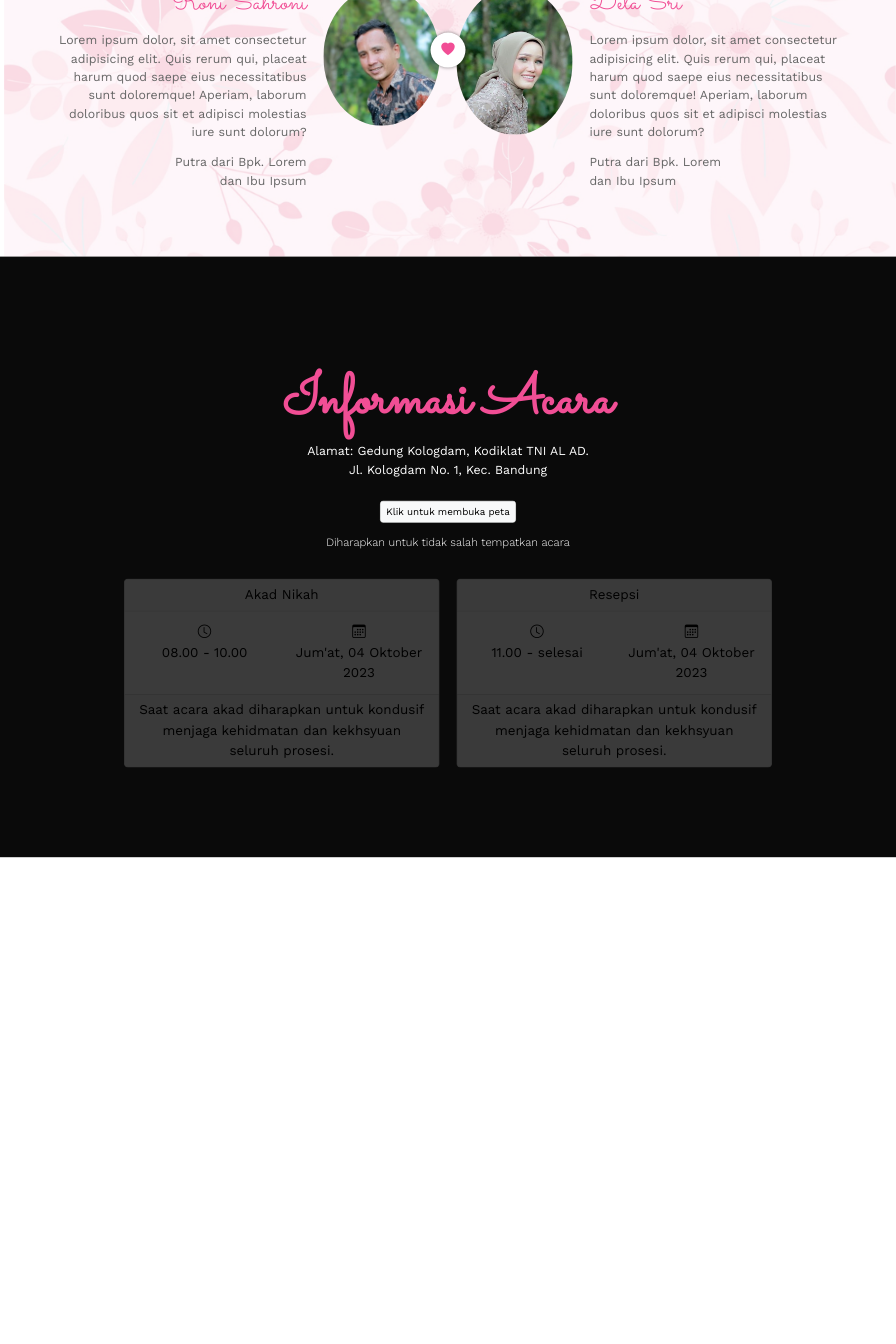
Repository: sellayspy/invitation
Page: index.html
The author's editor kept a copy of each file at every save. The page is drawn from the files as they stood at one save, then again after the next save.
The browser window is 1280 px wide. The pictures show the part of the page from y = 1332 to 3252 px (the page is 4000 px tall), at 70% of full size.

Above is the page before, as saved 2024-07-08 17:05:57.

After the next save:
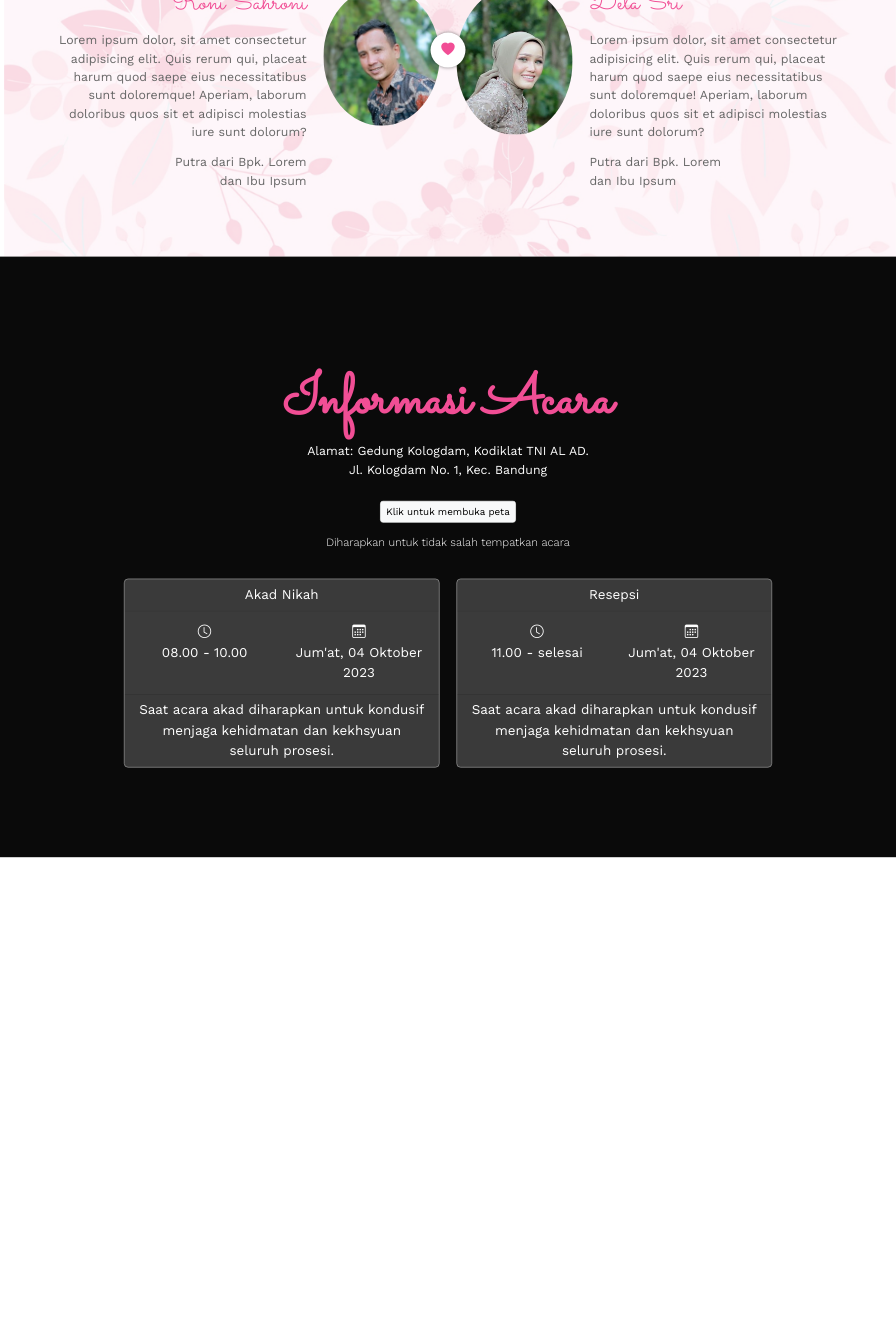
Saved 29 s later.
--- a/style.css
+++ b/style.css
@@ -160,7 +160,8 @@ body {
 
 .info .card {
   background-color: rgba(255, 255, 255, 0.2) !important;
-  color:white:
+  color: white !important;
+  border: 1px solid #999;
 }
 
 /* Media Query */
